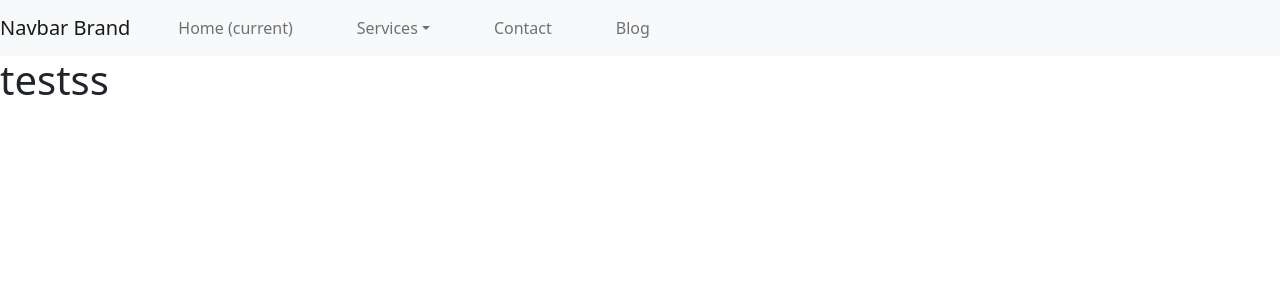
Repository: WaiMaungMaung/Mgr-site
Page: http://localhost/
An editor plug-in stored every save of this project. The page is shown before and after the next save, followed by the edit.
The browser window is 1280 px wide. The pictures show the whole page.
The page is served by the project's Laravel application, run on PHP 8.4 with Laravel 9.

Above is the page before, as saved 2022-04-06 10:05:56.

After the next save:
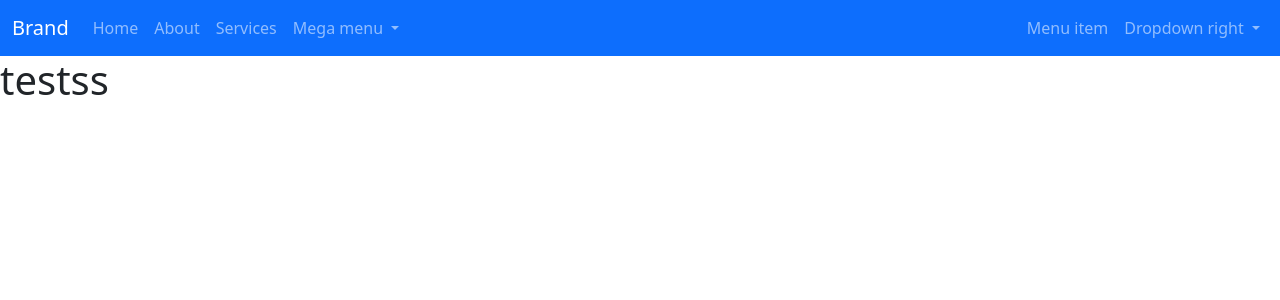
Saved 56 s later.
--- a/resources/views/welcome.blade.php
+++ b/resources/views/welcome.blade.php
@@ -1,61 +1,38 @@
 @extends('layouts.app')
 <div id="container">
-    <nav class="navbar navbar-light bg-light navbar-expand-lg" id="myNavbar">
-
-        <button class="navbar-toggler" type="button" data-toggle="collapse" data-target="#mainNav"
-            aria-controls="mainNav" aria-expanded="false" aria-label="Toggle navigation">
-            <span class="navbar-toggler-icon"></span>
-        </button>
-
-        <a href="#" class="navbar-brand">Navbar Brand</a>
-        <div class="collapse navbar-collapse" id="mainNav">
-            <ul class="navbar-nav ml-auto nav-fill">
-
-                <li class="nav-item px-4">
-                    <a href="#" class="nav-link">Home <span class="sr-only">(current)</span></a>
-                </li>
-
-                <li class="nav-item px-4 dropdown">
-                    <a class="nav-link dropdown-toggle" href="#" id="servicesDropdown" role="button"
-                        data-toggle="dropdown" aria-haspopup="true" aria-expanded="false">Services</a>
-                    <div class="dropdown-menu dropdown-menu-right" aria-labelledby="servicesDropdown">
-                        <a class="dropdown-item" href="#">What we do</a>
-                        <a class="dropdown-item" href="#">How we fit your needs</a>
-                        <div class="dropdown-divider"></div>
-                        <div class="d-md-flex align-items-start justify-content-start">
-                            <div>
-                                <div class="dropdown-header">Development</div>
-                                <a class="dropdown-item" href="#">Bespoke software</a>
-                                <a class="dropdown-item" href="#">Mobile apps</a>
-                                <a class="dropdown-item" href="#">Websites</a>
-                            </div>
-                            <div>
-                                <div class="dropdown-header">Professional Services</div>
-                                <a class="dropdown-item" href="#">Project rescue</a>
-                                <a class="dropdown-item" href="#">Source code recovery</a>
-                                <a class="dropdown-item" href="#">Application support &amp; maintenance</a>
-                            </div>
-                            <div>
-                                <div class="dropdown-header">Fixed Price Services</div>
-                                <a class="dropdown-item" href="#">Add cookie consent</a>
-                                <a class="dropdown-item" href="#">Add captcha</a>
-                                <a class="dropdown-item" href="#">Add core data</a>
-                                <a class="dropdown-item" href="#">Custom error pages</a>
-                                <a class="dropdown-item" href="#">Contact form creation</a>
-                                <a class="dropdown-item" href="#">Automated backups</a>
-                                <a class="dropdown-item" href="#">Image to HTML</a>
-                            </div>
-                        </div>
-                    </div>
-                </li>
-                <li class="nav-item px-4">
-                    <a href="#" class="nav-link">Contact</a>
-                </li>
-                <li class="nav-item px-4">
-                    <a href="#" class="nav-link">Blog</a>
-                </li>
-            </ul>
-        </div>
+    <nav class="navbar navbar-expand-lg navbar-dark bg-primary">
+        <div class="container-fluid">
+            <a class="navbar-brand" href="#">Brand</a>
+            <button class="navbar-toggler" type="button" data-bs-toggle="collapse" data-bs-target="#main_nav">
+                <span class="navbar-toggler-icon"></span>
+            </button>
+            <div class="collapse navbar-collapse" id="main_nav">
+                <ul class="navbar-nav">
+                    <li class="nav-item active"> <a class="nav-link" href="#">Home </a> </li>
+                    <li class="nav-item"><a class="nav-link" href="#"> About </a></li>
+                    <li class="nav-item"><a class="nav-link" href="#"> Services </a></li>
+                    <li class="nav-item dropdown has-megamenu">
+                        <a class="nav-link dropdown-toggle" href="#" data-bs-toggle="dropdown"> Mega menu </a>
+                        <div class="dropdown-menu megamenu" role="menu">
+                            This is content of megamenu. <br>
+                            Lorem ipsum dolor sit amet, consectetur adipisicing elit, sed do eiusmod
+                            tempor incididunt ut labore et dolore magna aliqua. Ut enim ad minim veniam,
+                            quis nostrud exercitation ullamco laboris nisi ut aliquip ex ea commodo
+                            consequat.
+                        </div> <!-- dropdown-mega-menu.// -->
+                    </li>
+                </ul>
+                <ul class="navbar-nav ms-auto">
+                    <li class="nav-item"><a class="nav-link" href="#"> Menu item </a></li>
+                    <li class="nav-item dropdown">
+                        <a class="nav-link  dropdown-toggle" href="#" data-bs-toggle="dropdown"> Dropdown right </a>
+                        <ul class="dropdown-menu dropdown-menu-end">
+                            <li><a class="dropdown-item" href="#"> Submenu item 1</a></li>
+                            <li><a class="dropdown-item" href="#"> Submenu item 2 </a></li>
+                        </ul>
+                    </li>
+                </ul>
+            </div> <!-- navbar-collapse.// -->
+        </div> <!-- container-fluid.// -->
     </nav>
-
 </div>
